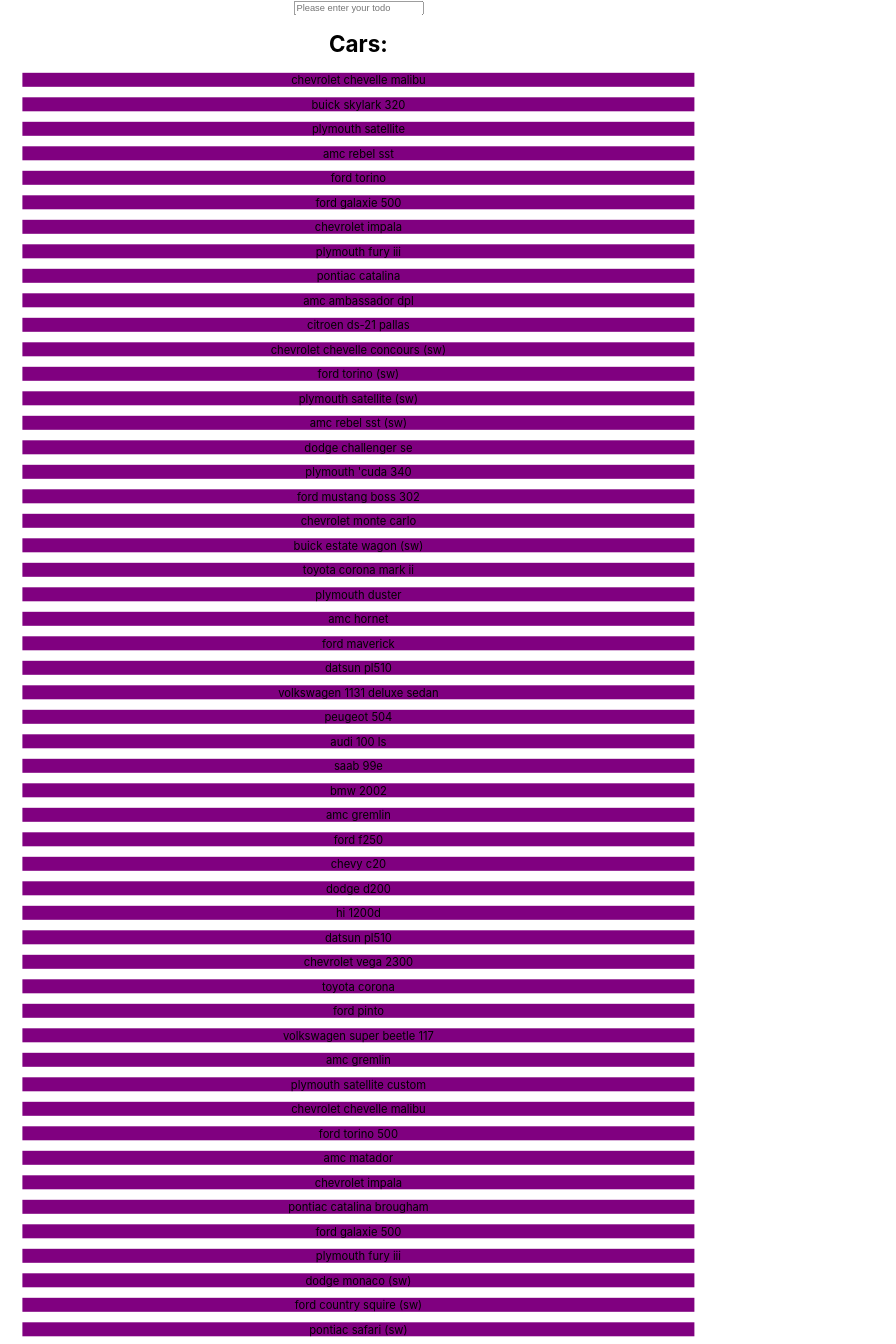
Repository: vhoreho/react
Page: / (app in myapp/)
These files come from the project's save history. The page is drawn as it stood at one moment and after the next save; the edit follows.
The browser window is 1280 px wide. The pictures show the part of the page from y = 0 to 1920 px (the page is 14314 px tall), at 70% of full size.
The project was rebuilt for these pictures with package versions that can differ from the ones it lists, and the page was loaded fresh each time.

Above is the page before, as saved 2022-08-08 20:48:56.

### myapp/src/App.js
import './App.css';
import Input from './components/Input';
import Cars from './components/Cars';

function App() {
  return (
    <div className="App">
      <Input />
      <Cars />
    </div>
  );
}

export default App;

### myapp/src/App.css
.App {
  text-align: center;
  max-width: 960px;
  margin-inline: 2rem;
}

.App-logo {
  height: 40vmin;
  pointer-events: none;
}

@media (prefers-reduced-motion: no-preference) {
  .App-logo {
    animation: App-logo-spin infinite 20s linear;
  }
}

.App-header {
  background-color: #282c34;
  min-height: 100vh;
  display: flex;
  flex-direction: column;
  align-items: center;
  justify-content: center;
  font-size: calc(10px + 2vmin);
  color: white;
}

.App-link {
  color: #61dafb;
}

@keyframes App-logo-spin {
  from {
    transform: rotate(0deg);
  }

  to {
    transform: rotate(360deg);
  }
}

### myapp/src/components/Input.js
import React from 'react'

export default function Input() {
  return (
    <input placeholder='Please enter your todo' />
  )
}

### myapp/src/components/Cars.js
import React from 'react';
import {cars} from '../data';
import Car from './Car';

export default function Cars() {
  return (
    <div>
        <h1>Cars:</h1>
        <ul style={{
          listStyle: 'none',
          padding: 0,
          margin: 0
        }}>
            {cars.map((item, index) => <Car key={index} {...item} />)}
        </ul>
    </div>
  )
}

### myapp/src/components/Car.js
import React from 'react'

export default function Car(props) {
  return (
    <li style={{
      margin: '15px 0',
      background: 'purple'
    }}>{props.Name}</li>
  )
}

Loaded but not shown: myapp/public/index.html (common file); myapp/src/index.js (common file); myapp/src/index.css (common file); myapp/src/data/index.js (4468 lines, source omitted)

After the next save:
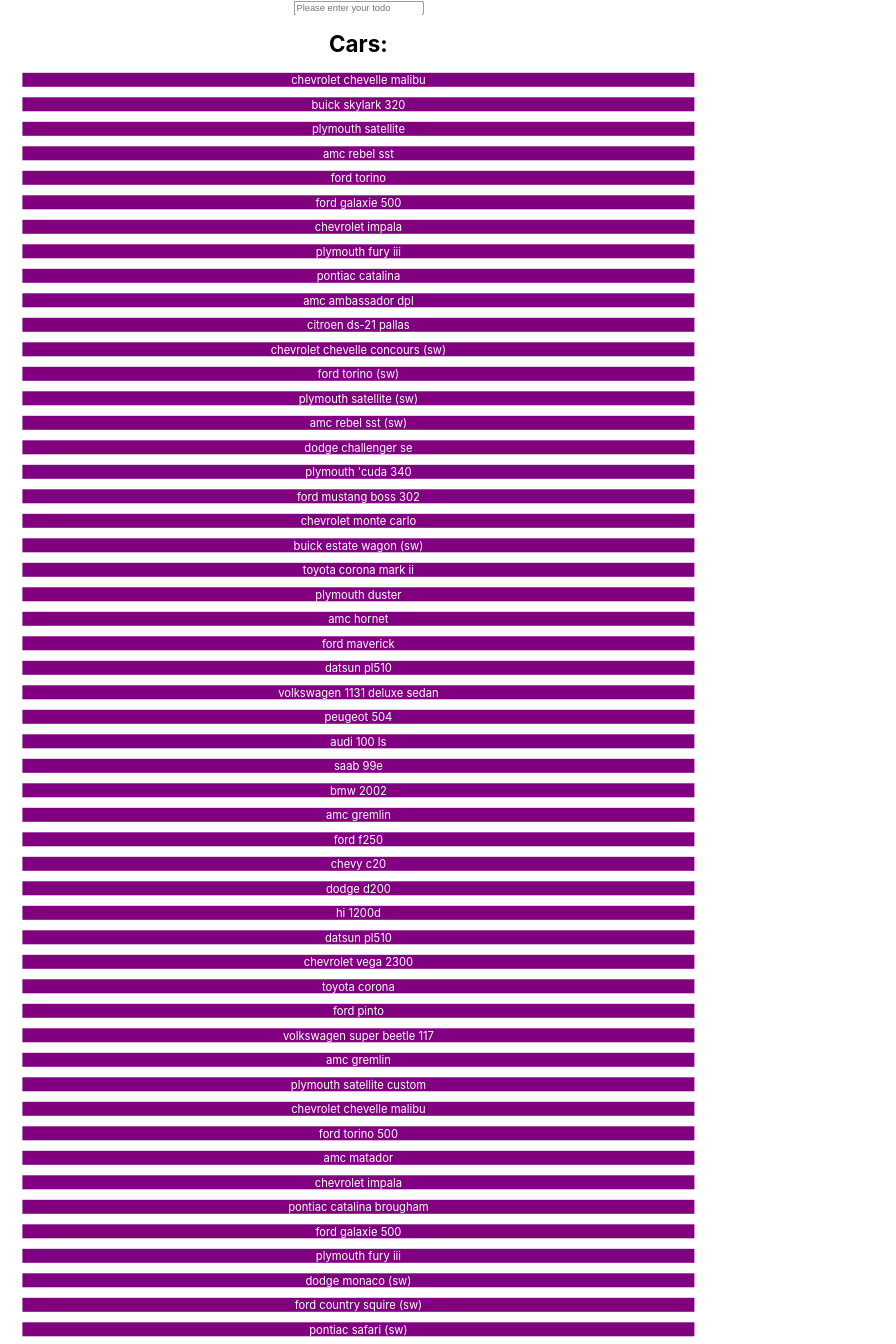
Saved 11 s later.
--- a/myapp/src/components/Cars.js
+++ b/myapp/src/components/Cars.js
@@ -9,7 +9,8 @@
         <ul style={{
           listStyle: 'none',
           padding: 0,
-          margin: 0
+          margin: 0,
+          color: 'white'
         }}>
             {cars.map((item, index) => <Car key={index} {...item} />)}
         </ul>
